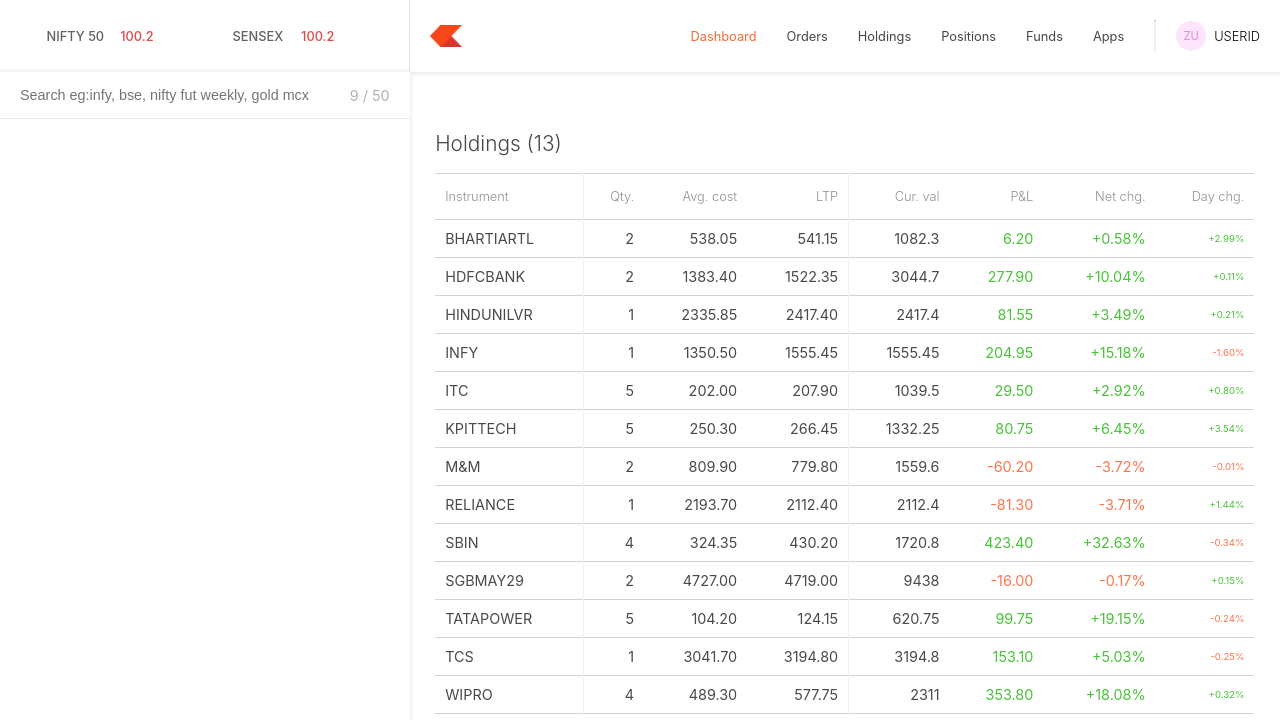
Repository: rushikesh-kolpe21/zerodha_4
Page: /holdings (app in dashboard/)
The author's editor kept a copy of each file at every save. The page is drawn from the files as they stood at one save, then again after the next save.
The browser window is 1280 px wide. The pictures show the whole page.
An inner scrolling area shows only its first screen. The project was rebuilt for these pictures with package versions that can differ from the ones it lists, and the page was loaded fresh each time. Also part of the build but not shown: dashboard/vite.config.js, dashboard/src/components/Apps.jsx, dashboard/src/components/Funds.jsx, dashboard/src/components/Orders.jsx, dashboard/src/components/Positions.jsx, dashboard/src/components/Summary.jsx.

Above is the page before, as saved 2025-03-25 07:42:18.

### dashboard/src/App.jsx

import React from "react";
// import ReactDOM from "react-dom/client";
import { BrowserRouter, Route, Routes } from "react-router-dom";
// import "./index.css";
import Home from "./components/Home";

function App() {
  return (
    <>
      <BrowserRouter>
        <Routes>
          <Route path="/*" element={<Home />} />
        </Routes>
      </BrowserRouter>
    </>
  );
}

export default App;

### dashboard/src/components/Home.jsx
import React from 'react'
import TopBar from './TopBar'
import Dashboard from './Dashboard'

function Home() {
  return (
  <>
  <TopBar/>
  <Dashboard/>
  </>
  )
}

export default Home

### dashboard/src/components/Dashboard.jsx
import React from "react";
import { Route, Routes } from "react-router-dom";

import Apps from "./Apps";
import Funds from "./Funds";
import Holdings from "./Holdings";

import Orders from "./Orders";
import Positions from "./Positions";
import Summary from "./Summary";
import WatchList from "./WatchList";
// import { GeneralContextProvider } from "./GeneralContext";

const Dashboard = () => {
  return (
    <div className="dashboard-container">
        <WatchList />

      <div className="content">
        <Routes>
          <Route exact path="/" element={<Summary />} />
          <Route path="/orders" element={<Orders />} />
          <Route path="/holdings" element={<Holdings />} />
          <Route path="/positions" element={<Positions />} />
          <Route path="/funds" element={<Funds />} />
          <Route path="/apps" element={<Apps />} />
        </Routes>
      </div>
    </div>
  );
};

export default Dashboard;

### dashboard/src/components/Menu.jsx
import React, { useState } from "react";
import { Link } from "react-router";

const Menu = () => {
  const [selectedMenu, setSelectedMenu] = useState(0);
  const [isProfileDropdownOpen, setIsProfileDropdownOpen] = useState(false);

  const handleMenuClick = (index) => {
    setSelectedMenu(index);
  };

  const handleProfileClick = () => {
    setIsProfileDropdownOpen(!isProfileDropdownOpen);
  };

  const menuClass = "menu";
  const activeMenuClass = "menu selected";

  return (
    <div className="menu-container">
      <img src="logo.png" style={{ width: "32px" }} />
      <div className="menus">
        <ul>
          <li>
            <Link
              style={{ textDecoration: "none" }}
              to="/"
              onClick={() => handleMenuClick(0)}
            >
              <p className={selectedMenu === 0 ? activeMenuClass : menuClass}>
                Dashboard
              </p>
            </Link>
          </li>
          <li>
            <Link
              style={{ textDecoration: "none" }}
              to="/orders"
              onClick={() => handleMenuClick(1)}
            >
              <p className={selectedMenu === 1 ? activeMenuClass : menuClass}>
                Orders
              </p>
            </Link>
          </li>
          <li>
            <Link
              style={{ textDecoration: "none" }}
              to="/holdings"
              onClick={() => handleMenuClick(2)}
            >
              <p className={selectedMenu === 2 ? activeMenuClass : menuClass}>
                Holdings
              </p>
            </Link>
          </li>
          <li>
            <Link
              style={{ textDecoration: "none" }}
              to="/positions"
              onClick={() => handleMenuClick(3)}
            >
              <p className={selectedMenu === 3 ? activeMenuClass : menuClass}>
                Positions
              </p>
            </Link>
          </li>
          <li>
            <Link
              style={{ textDecoration: "none" }}
              to="/funds"
              onClick={() => handleMenuClick(4)}
            >
              <p className={selectedMenu === 4 ? activeMenuClass : menuClass}>
                Funds
              </p>
            </Link>
          </li>
          <li>
            <Link
              style={{ textDecoration: "none" }}
              to="/apps"
              onClick={() => handleMenuClick(5)}
            >
              <p className={selectedMenu === 5 ? activeMenuClass : menuClass}>
                Apps
              </p>
            </Link>
          </li>
        </ul>
        <hr />
        <div className="profile" onClick={handleProfileClick}>
          <div className="avatar">ZU</div>
          <p className="username">USERID</p>
        </div>
      </div>
    </div>
  );
};

export default Menu;

### dashboard/src/components/Holdings.jsx
import React from "react";
import {holdings} from '../data/data';

const Holdings = () => {
  return (
    <>
      <h3 className="title"> Holdings ({holdings.length})</h3>

      <div className="order-table">
        <table>
          <tr>
            <th>Instrument</th>
            <th>Qty.</th>
            <th>Avg. cost</th>
            <th>LTP</th>
            <th>Cur. val</th>
            <th>P&L</th>
            <th>Net chg.</th>
            <th>Day chg.</th>
          </tr>

          {holdings.map((stock, index)=>{
            const currValue = stock.price * stock.qty;
            const isProfit = currValue - stock.avg * stock.qty >= 0.0;
            const profClass = isProfit ? "profit" : "loss";
            const dayClass = stock.isLoss ? "loss" : "profit";

            return(
              <tr key={index}>
               <td>{stock.name}</td>
                <td>{stock.qty}</td>
                <td>{stock.avg.toFixed(2)}</td>
                <td>{stock.price.toFixed(2)}</td>
                <td>{currValue}</td>
                <td className={profClass}>
                  {(currValue - stock.avg * stock.qty).toFixed(2)}
                </td>
                <td className={profClass}>{stock.net}</td>
                <td className={dayClass}>{stock.day}</td>
              </tr>
            )
          })}
        </table>
      </div>

      <div className="row">
        <div className="col">
          <h5>
            29,875.<span>55</span>{" "}
          </h5>
          <p>Total investment</p>
        </div>
        <div className="col">
          <h5>
            31,428.<span>95</span>{" "}
          </h5>
          <p>Current value</p>
        </div>
        <div className="col">
          <h5>1,553.40 (+5.20%)</h5>
          <p>P&L</p>
        </div>
      </div>
    </>
  );
};

export default Holdings;

### dashboard/src/components/WatchList.jsx
import React from "react";

const WatchList = () => {
  return (
    <div className="watchlist-container">
      <div className="search-container">
        <input
          type="text"
          name="search"
          id="search"
          placeholder="Search eg:infy, bse, nifty fut weekly, gold mcx"
          className="search"
        />
        <span className="counts"> 9 / 50</span>
      </div>

      <ul className="list"></ul>
    </div>
  );
};

export default WatchList;

### dashboard/src/data/data.js
export const watchlist = [
    {
      name: "INFY",
      price: 1555.45,
      percent: "-1.60%",
      isDown: true,
    },
    {
      name: "ONGC",
      price: 116.8,
      percent: "-0.09%",
      isDown: true,
    },
    {
      name: "TCS",
      price: 3194.8,
      percent: "-0.25%",
      isDown: true,
    },
    {
      name: "KPITTECH",
      price: 266.45,
      percent: "3.54%",
      isDown: false,
    },
    {
      name: "QUICKHEAL",
      price: 308.55,
      percent: "-0.15%",
      isDown: true,
    },
    {
      name: "WIPRO",
      price: 577.75,
      percent: "0.32%",
      isDown: false,
    },
    {
      name: "M&M",
      price: 779.8,
      percent: "-0.01%",
      isDown: true,
    },
    {
      name: "RELIANCE",
      price: 2112.4,
      percent: "1.44%",
      isDown: false,
    },
    {
      name: "HUL",
      price: 512.4,
      percent: "1.04%",
      isDown: false,
    },
  ];

  // holdings
  export const holdings = [
    {
      name: "BHARTIARTL",
      qty: 2,
      avg: 538.05,
      price: 541.15,
      net: "+0.58%",
      day: "+2.99%",
    },
    {
      name: "HDFCBANK",
      qty: 2,
      avg: 1383.4,
      price: 1522.35,
      net: "+10.04%",
      day: "+0.11%",
    },
    {
      name: "HINDUNILVR",
      qty: 1,
      avg: 2335.85,
      price: 2417.4,
      net: "+3.49%",
      day: "+0.21%",
    },
    {
      name: "INFY",
      qty: 1,
      avg: 1350.5,
      price: 1555.45,
      net: "+15.18%",
      day: "-1.60%",
      isLoss: true,
    },
    {
      name: "ITC",
      qty: 5,
      avg: 202.0,
      price: 207.9,
      net: "+2.92%",
      day: "+0.80%",
    },
    {
      name: "KPITTECH",
      qty: 5,
      avg: 250.3,
      price: 266.45,
      net: "+6.45%",
      day: "+3.54%",
    },
    {
      name: "M&M",
      qty: 2,
      avg: 809.9,
      price: 779.8,
      net: "-3.72%",
      day: "-0.01%",
      isLoss: true,
    },
    {
      name: "RELIANCE",
      qty: 1,
      avg: 2193.7,
      price: 2112.4,
      net: "-3.71%",
      day: "+1.44%",
    },
    {
      name: "SBIN",
      qty: 4,
      avg: 324.35,
      price: 430.2,
      net: "+32.63%",
      day: "-0.34%",
      isLoss: true,
    },
    {
      name: "SGBMAY29",
      qty: 2,
      avg: 4727.0,
      price: 4719.0,
      net: "-0.17%",
      day: "+0.15%",
    },
    {
      name: "TATAPOWER",
      qty: 5,
      avg: 104.2,
      price: 124.15,
      net: "+19.15%",
      day: "-0.24%",
      isLoss: true,
    },
    {
      name: "TCS",
      qty: 1,
      avg: 3041.7,
      price: 3194.8,
      net: "+5.03%",
      day: "-0.25%",
      isLoss: true,
    },
    {
      name: "WIPRO",
      qty: 4,
      avg: 489.3,
      price: 577.75,
      net: "+18.08%",
      day: "+0.32%",
    },
  ];

  // positions
  export const positions = [
    {
      product: "CNC",
      name: "EVEREADY",
      qty: 2,
      avg: 316.27,
      price: 312.35,
      net: "+0.58%",
      day: "-1.24%",
      isLoss: true,
    },
    {
      product: "CNC",
      name: "JUBLFOOD",
      qty: 1,
      avg: 3124.75,
      price: 3082.65,
      net: "+10.04%",
      day: "-1.35%",
      isLoss: true,
    },
  ];

Loaded but not shown: dashboard/index.html (common file); dashboard/src/main.jsx (common file); dashboard/src/index.css (common file); dashboard/src/components/TopBar.jsx (common file)

After the next save:
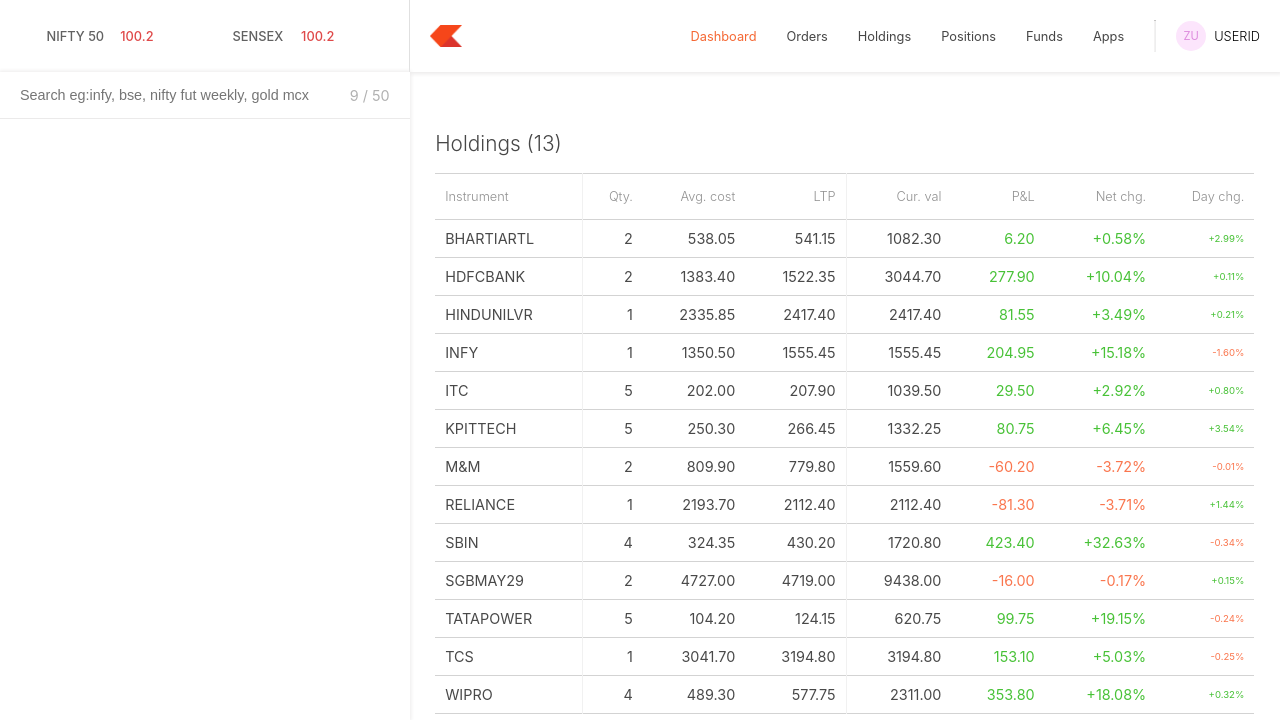
Saved 22 s later.
--- a/dashboard/src/components/Holdings.jsx
+++ b/dashboard/src/components/Holdings.jsx
@@ -31,7 +31,7 @@
                 <td>{stock.qty}</td>
                 <td>{stock.avg.toFixed(2)}</td>
                 <td>{stock.price.toFixed(2)}</td>
-                <td>{currValue}</td>
+                <td>{currValue.toFixed(2)}</td>
                 <td className={profClass}>
                   {(currValue - stock.avg * stock.qty).toFixed(2)}
                 </td>
